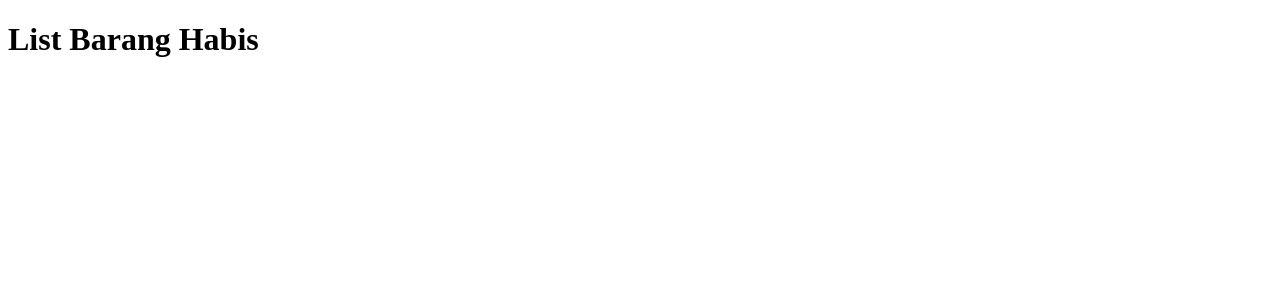
Repository: amorysdeo/dirumah
Page: index.html
The author's editor kept a copy of each file at every save. The page is drawn from the files as they stood at one save, then again after a run of saves.
The browser window is 1280 px wide. The pictures show the whole page.

Above is the page before, as saved 2025-11-27 11:33:58.

### index.html
<!DOCTYPE html>
<html lang="en">
<head>
    <meta charset="UTF-8">
    <meta name="viewport" content="width=device-width, initial-scale=1.0">
    <title>Belanja</title>
</head>
<body>
    <h1>List Barang Habis</h1>
</body>
</html>

After the next 2 saves:
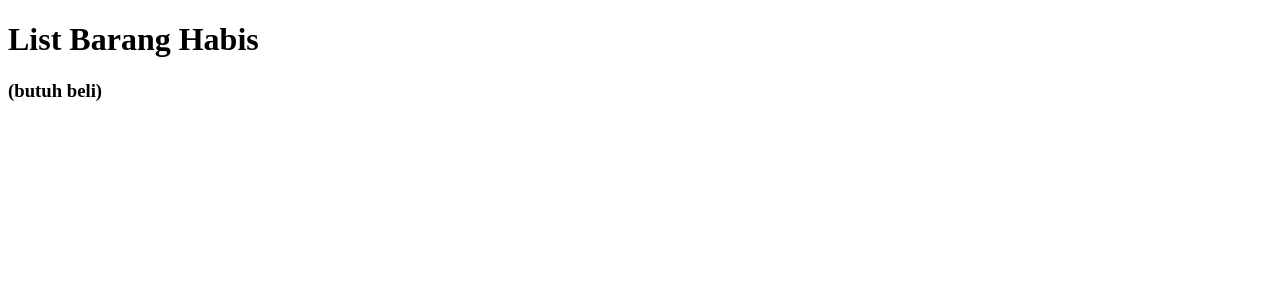
The 2 saves are shown as one change because they came seconds apart.
The last was saved 10 s later.
--- a/index.html
+++ b/index.html
@@ -7,5 +7,8 @@
 </head>
 <body>
     <h1>List Barang Habis</h1>
+    <h3>(butuh beli)</h3>
+
+
 </body>
 </html>
